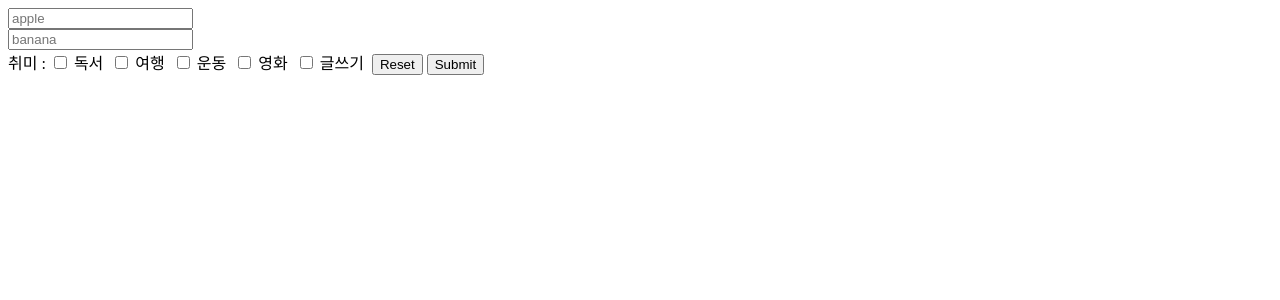
Repository: dev-leeJin/jsp-practice
Page: http://localhost/JSPBasic/JspObject/1.requests/req_param_send.jsp
The author's editor kept a copy of each file at every save. The page is drawn from the files as they stood at one save, then again after the next save.
The browser window is 1280 px wide. The pictures show the whole page.
The page is served by Tomcat 9.

Above is the page before, as saved 2022-02-03 06:38:03.

After the next save:
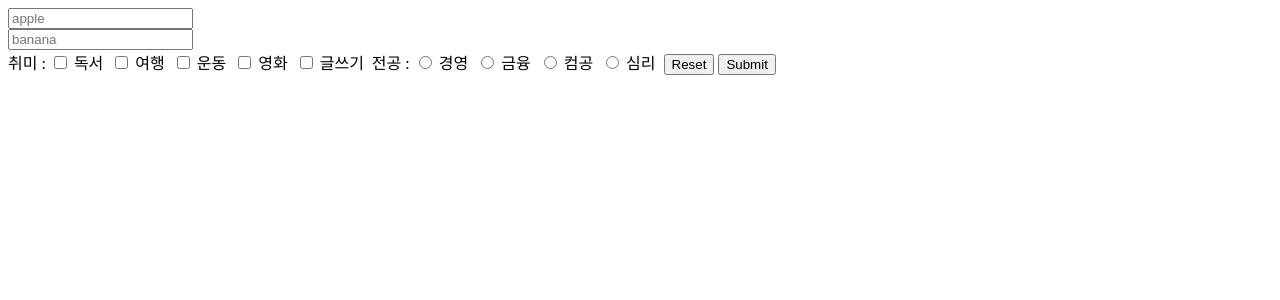
Saved 6 s later.
--- a/JSPBasic/src/main/webapp/JspObject/1.requests/req_param_send.jsp
+++ b/JSPBasic/src/main/webapp/JspObject/1.requests/req_param_send.jsp
@@ -27,6 +27,12 @@ reset버튼과 submit 버튼도 각각 하나씩 만들어주세요. --%>
 	<input type="checkbox" name="hobby" value="영화"/> 영화&nbsp;
 	<input type="checkbox" name="hobby" value="글쓰기"/> 글쓰기&nbsp;
 
+	전공 :
+	<input type="radio" name="gg" value="경영"/> 경영&nbsp;
+	<input type="radio" name="gg" value="금융"/> 금융&nbsp;
+	<input type="radio" name="gg" value="컴공"/> 컴공&nbsp;
+	<input type="radio" name="gg" value="심리"/> 심리&nbsp;
+
 
 	<input type="reset"/>
 	<input type="submit"/>
